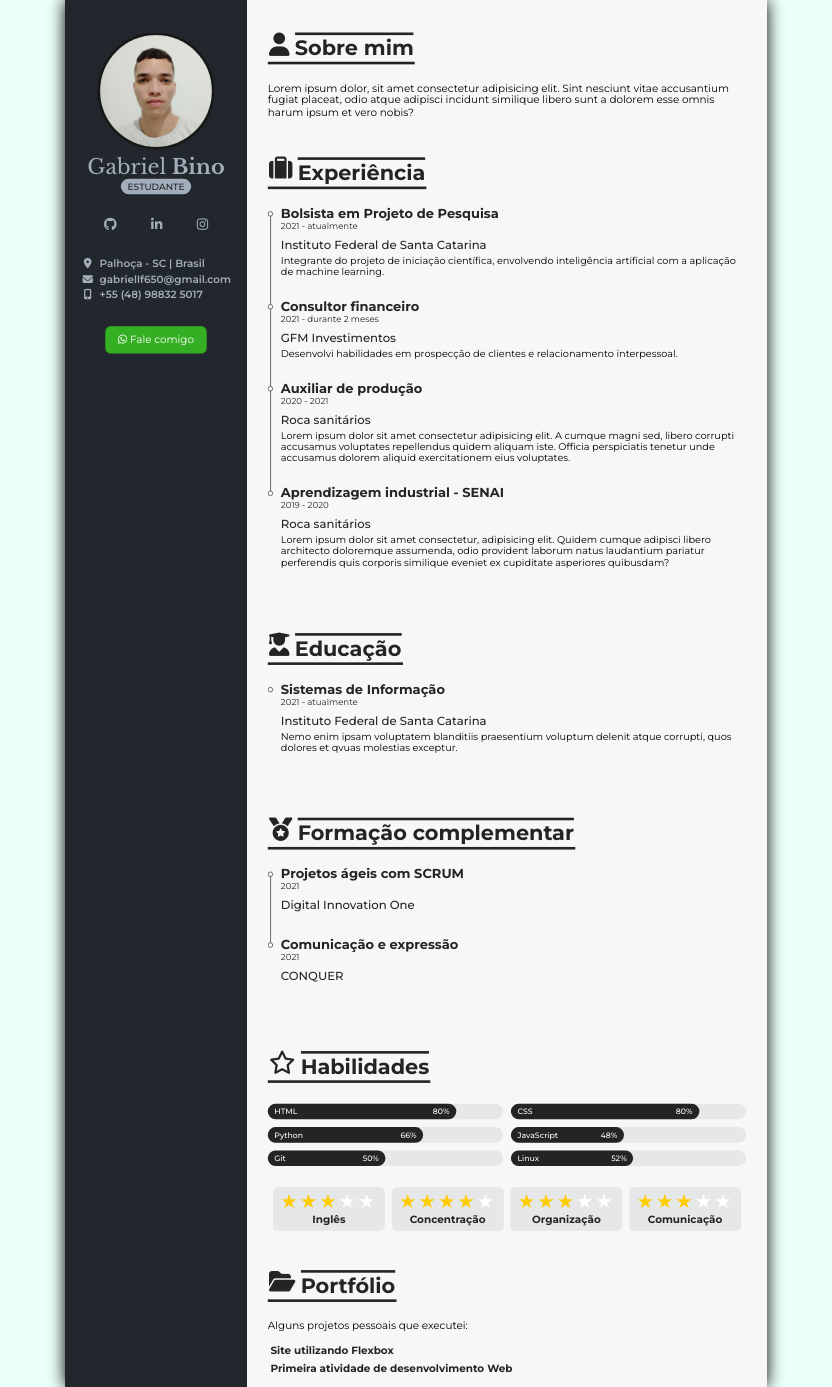
Repository: gabrielbino/curriculoResponsivo
Page: index.html
An editor plug-in stored every save of this project. The page is shown before and after the next save, followed by the edit.
The browser window is 1280 px wide. The pictures show the whole page, at 65% of full size.
Some web libraries are served in a nearby version.

Above is the page before, as saved 2021-10-20 23:19:08.

After the next save:
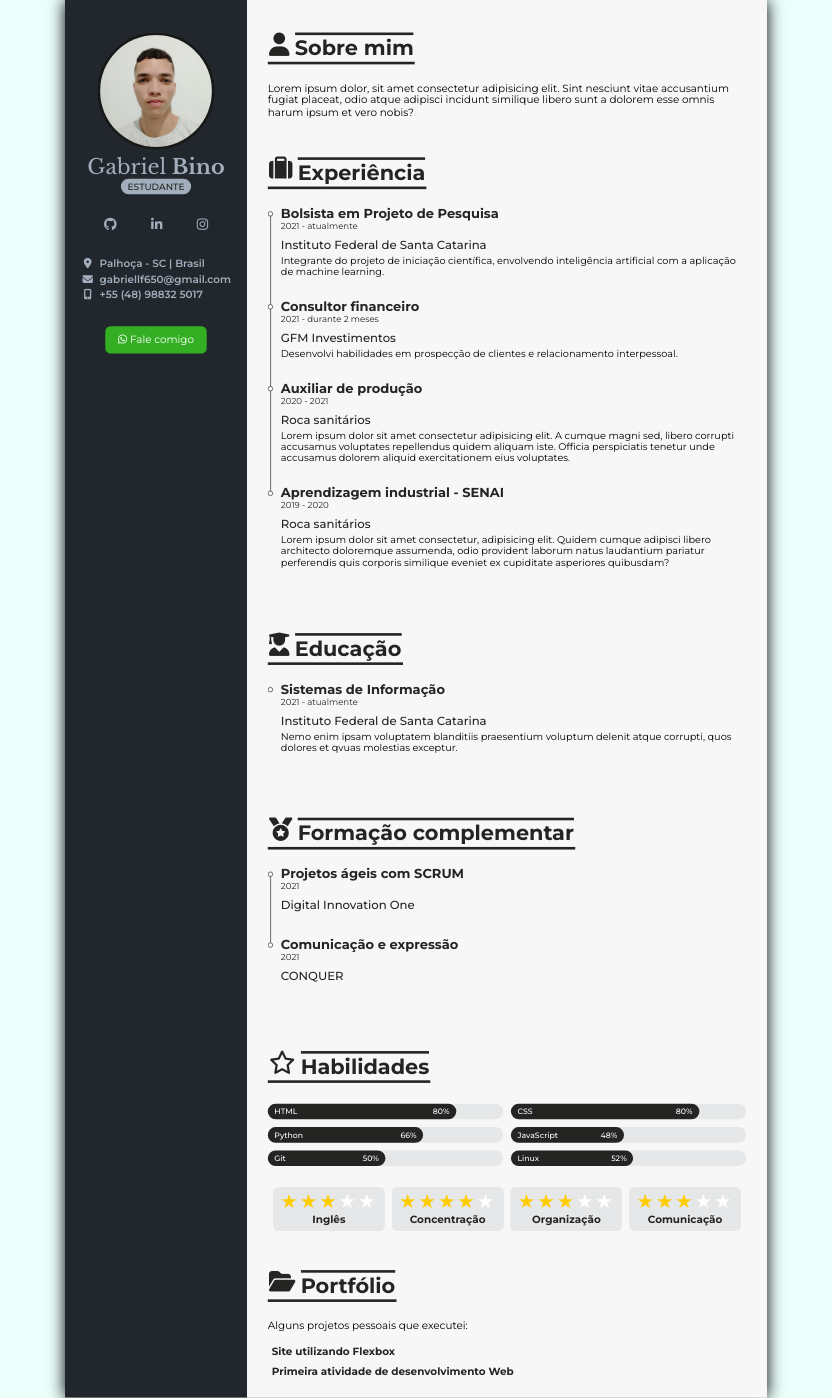
Saved 11 s later.
--- a/css/style.css
+++ b/css/style.css
@@ -283,7 +283,7 @@ article:not(:last-of-type) {
 }
 
 .portfolio-item {
-  padding: 4px;
+  padding: 6px;
   margin: auto;
   width: 100%;
   color: #242423;
